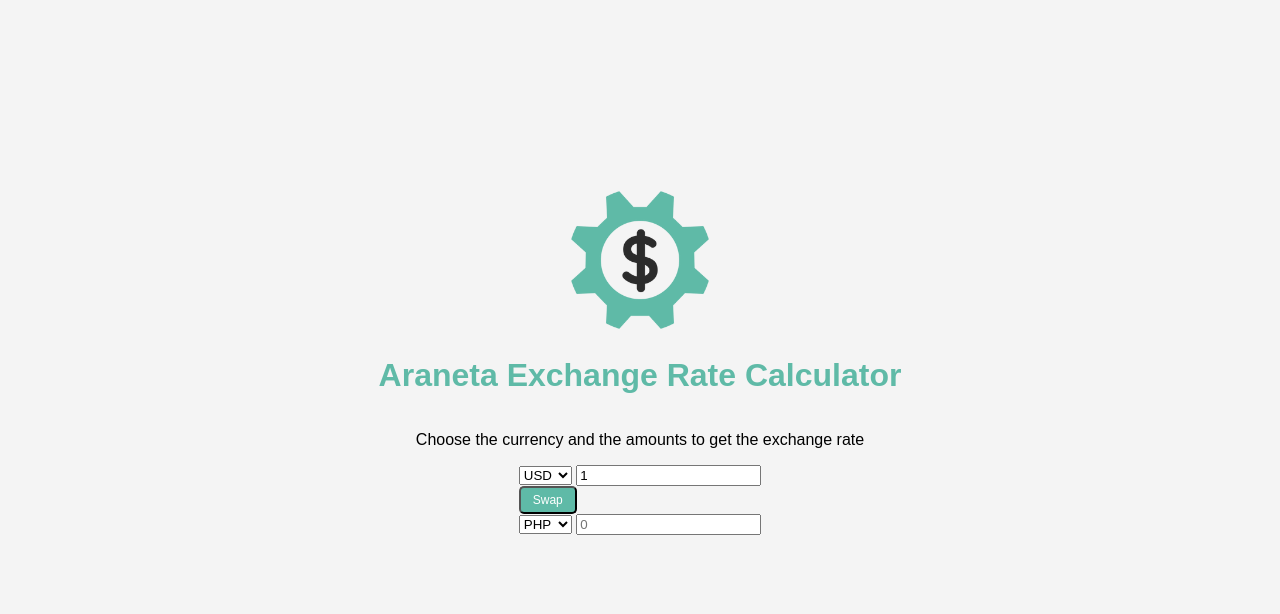
Repository: kenneth1175/ExchangeRateCalculator
Page: index.html
These files come from the project's save history. The page is drawn as it stood at one moment and after the next save; the edit follows.
The browser window is 1280 px wide. The pictures show the whole page.

Above is the page before, as saved 2025-10-03 22:53:32.

### index.html
<!DOCTYPE html>
<html lang="en">
  <head>
    <meta charset="UTF-8" />
    <meta name="viewport" content="width=device-width, initial-scale=1.0" />
    <title>Araneta Exchange Rate Calculator</title>
    <link rel="stylesheet" href="style.css" />
  </head>
  <body>
    <img src="./img/money.png" alt="logo" class="money-img" />
    <h1>Araneta Exchange Rate Calculator</h1>
    <p>Choose the currency and the amounts to get the exchange rate</p>

    <div class="container">
      <div class="currency">
        <select id="currency-one">
          <option value="AED">AED</option>
          <option value="ARS">ARS</option>
          <option value="AUD">AUD</option>
          <option value="BGN">BGN</option>
          <option value="BRL">BRL</option>
          <option value="BSD">BSD</option>
          <option value="CAD">CAD</option>
          <option value="CHF">CHF</option>
          <option value="CLP">CLP</option>
          <option value="CNY">CNY</option>
          <option value="COP">COP</option>
          <option value="CZK">CZK</option>
          <option value="DKK">DKK</option>
          <option value="DOP">DOP</option>
          <option value="EGP">EGP</option>
          <option value="EUR">EUR</option>
          <option value="FJD">FJD</option>
          <option value="GBP">GBP</option>
          <option value="GTQ">GTQ</option>
          <option value="HKD">HKD</option>
          <option value="HRK">HRK</option>
          <option value="HUF">HUF</option>
          <option value="IDR">IDR</option>
          <option value="ILS">ILS</option>
          <option value="INR">INR</option>
          <option value="ISK">ISK</option>
          <option value="JPY">JPY</option>
          <option value="KRW">KRW</option>
          <option value="KZT">KZT</option>
          <option value="MXN">MXN</option>
          <option value="MYR">MYR</option>
          <option value="NOK">NOK</option>
          <option value="NZD">NZD</option>
          <option value="PAB">PAB</option>
          <option value="PEN">PEN</option>
          <option value="PHP">PHP</option>
          <option value="PKR">PKR</option>
          <option value="PLN">PLN</option>
          <option value="PYG">PYG</option>
          <option value="RON">RON</option>
          <option value="RUB">RUB</option>
          <option value="SAR">SAR</option>
          <option value="SEK">SEK</option>
          <option value="SGD">SGD</option>
          <option value="THB">THB</option>
          <option value="TRY">TRY</option>
          <option value="TWD">TWD</option>
          <option value="UAH">UAH</option>
          <option value="USD" selected>USD</option>
          <option value="UYU">UYU</option>
          <option value="VND">VND</option>
          <option value="ZAR">ZAR</option>
        </select>
        <input type="number" id="amount-one" placeholder="0" value="1" />
      </div>

      <div class="swap-rate-container">
        <button class="btn" id="rate">Swap</button>
        <div class="rate" id="rate"></div>
      </div>

      <div class="currency">
        <select id="currency-two">
          <option value="AED">AED</option>
          <option value="ARS">ARS</option>
          <option value="AUD">AUD</option>
          <option value="BGN">BGN</option>
          <option value="BRL">BRL</option>
          <option value="BSD">BSD</option>
          <option value="CAD">CAD</option>
          <option value="CHF">CHF</option>
          <option value="CLP">CLP</option>
          <option value="CNY">CNY</option>
          <option value="COP">COP</option>
          <option value="CZK">CZK</option>
          <option value="DKK">DKK</option>
          <option value="DOP">DOP</option>
          <option value="EGP">EGP</option>
          <option value="EUR">EUR</option>
          <option value="FJD">FJD</option>
          <option value="GBP">GBP</option>
          <option value="GTQ">GTQ</option>
          <option value="HKD">HKD</option>
          <option value="HRK">HRK</option>
          <option value="HUF">HUF</option>
          <option value="IDR">IDR</option>
          <option value="ILS">ILS</option>
          <option value="INR">INR</option>
          <option value="ISK">ISK</option>
          <option value="JPY">JPY</option>
          <option value="KRW">KRW</option>
          <option value="KZT">KZT</option>
          <option value="MXN">MXN</option>
          <option value="MYR">MYR</option>
          <option value="NOK">NOK</option>
          <option value="NZD">NZD</option>
          <option value="PAB">PAB</option>
          <option value="PEN">PEN</option>
          <option value="PHP" selected>PHP</option>
          <option value="PKR">PKR</option>
          <option value="PLN">PLN</option>
          <option value="PYG">PYG</option>
          <option value="RON">RON</option>
          <option value="RUB">RUB</option>
          <option value="SAR">SAR</option>
          <option value="SEK">SEK</option>
          <option value="SGD">SGD</option>
          <option value="THB">THB</option>
          <option value="TRY">TRY</option>
          <option value="TWD">TWD</option>
          <option value="UAH">UAH</option>
          <option value="USD">USD</option>
          <option value="UYU">UYU</option>
          <option value="VND">VND</option>
          <option value="ZAR">ZAR</option>
        </select>
        <input type="number" id="amount-two" placeholder="0" />
      </div>
    </div>
    <script src="script.js"></script>
  </body>
</html>

### style.css
:root {
  --primary-color: #5fbaa7;
}

* {
  box-sizing: border-box;
}

body {
  background-color: #f4f4f4;
  font-family: Arial, Helvetica, sans-serif;
  display: flex;
  flex-direction: column;
  align-items: center;
  justify-content: center;
  height: 100vh;
  margin: 0;
  padding: 20px;
}

h1 {
  color: var(--primary-color);
}

p {
  text-align: center;
}

.btn {
  color: #fff;
  background: var(--primary-color);
  cursor: pointer;
  border-radius: 5px;
  font-size: 12px;
  padding: 5px 12px;
}

.money-img {
  width: 150px;
}

Loaded but not shown: script.js (no stored copy; drawn as an empty file)

After the next save:
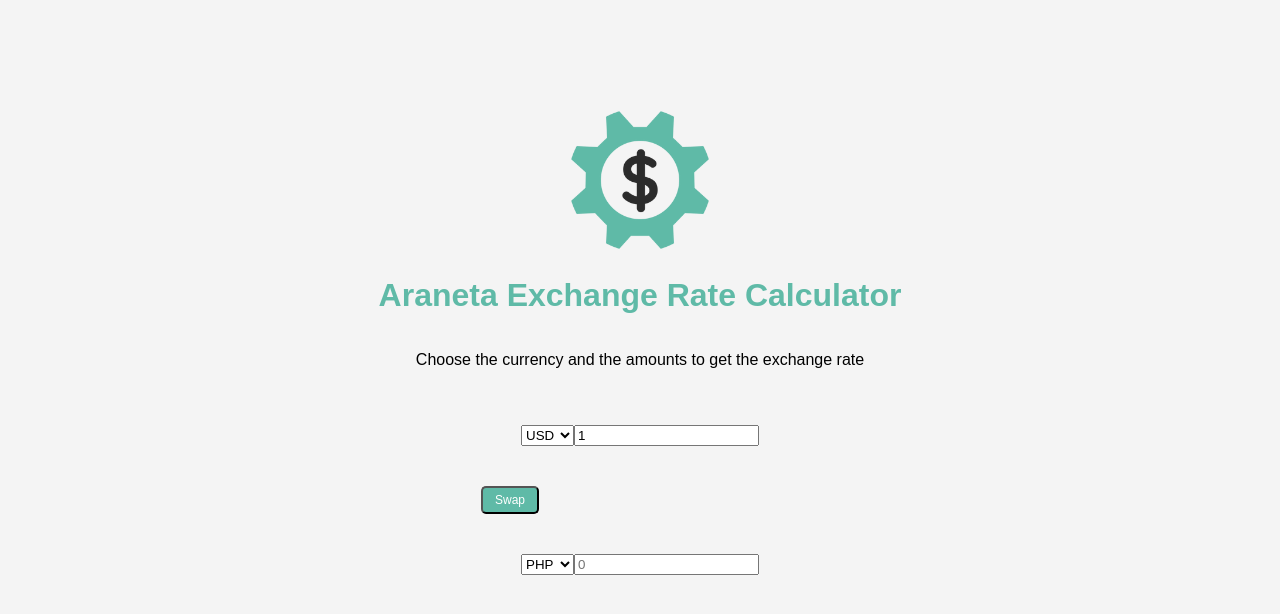
Saved 110 s later.
--- a/style.css
+++ b/style.css
@@ -38,3 +38,8 @@ p {
 .money-img {
   width: 150px;
 }
+
+.currency {
+  padding: 40px;
+  display: flex;
+}
